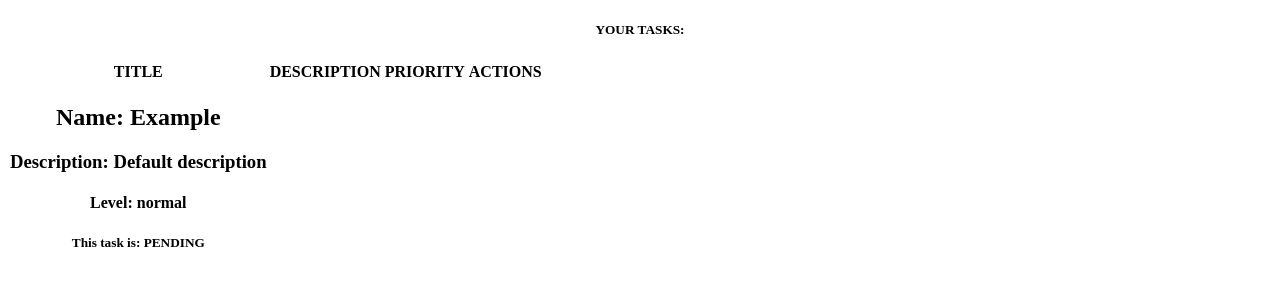
Repository: abgdev1997/proyecto-evo
Page: /
These files come from the project's save history. The page is drawn as it stood at one moment and after the next save; the edit follows.
The browser window is 1280 px wide. The pictures show the whole page.
The project was rebuilt for these pictures with package versions that can differ from the ones it lists, and the page was loaded fresh each time. Also part of the build but not shown: src/index.css.

Above is the page before, as saved 2022-01-27 10:04:15.

After the next save:
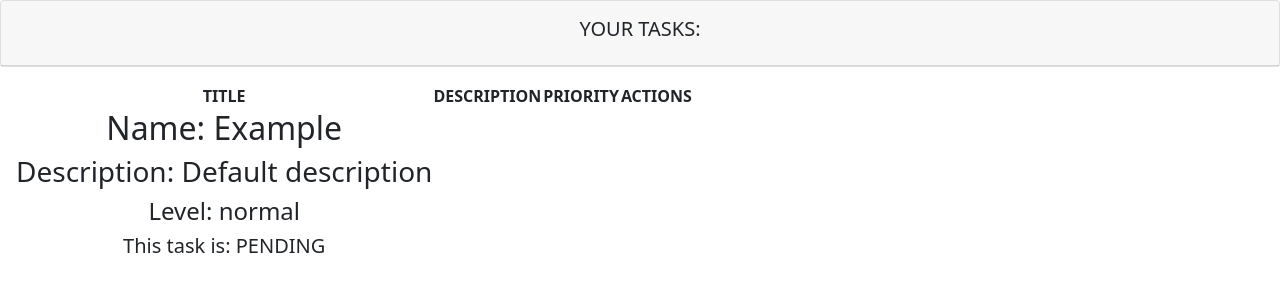
Saved 3 s later.
--- a/src/App.js
+++ b/src/App.js
@@ -1,3 +1,5 @@
+// ! Los estilos propios deben ir debajo de bootstrap para que no los pise.
+import 'bootstrap/dist/css/bootstrap.css'
 import './App.css';
 import TaskList from './components/container/task_list';
 
